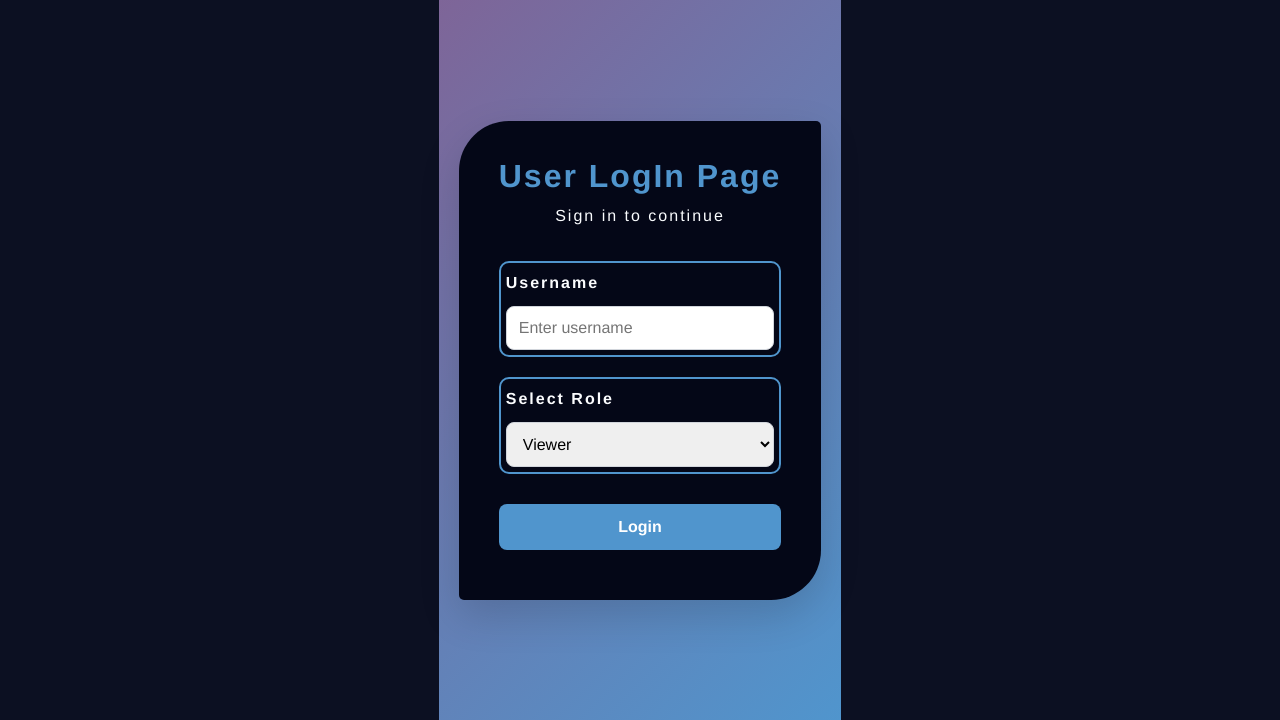
Repository: SolomonChinonso/myUserDashboard
Page: / (app in my-user-dashboard-app/)
The author's editor kept a copy of each file at every save. The page is drawn from the files as they stood at one save, then again after the next save.
The browser window is 1280 px wide. The pictures show the whole page.
The project was rebuilt for these pictures with package versions that can differ from the ones it lists, and the page was loaded fresh each time. Also part of the build but not shown: my-user-dashboard-app/vite.config.ts, my-user-dashboard-app/src/App.css, my-user-dashboard-app/src/pages/Dashboard.tsx, my-user-dashboard-app/src/pages/Profile.tsx, my-user-dashboard-app/src/pages/Settings.tsx, my-user-dashboard-app/src/components/Navbar.tsx, my-user-dashboard-app/src/components/ProtectedRoute.tsx.

Above is the page before, as saved 2026-05-30 15:43:17.

### my-user-dashboard-app/index.html
<!doctype html>
<html lang="en">
  <head>
    <meta charset="UTF-8" />
    <link rel="icon" type="image/svg+xml" href="/favicon.svg" />
    <meta name="viewport" content="width=device-width, initial-scale=1.0" />
    <title>my-user-dashboard-app</title>
  </head>
  <body>
    <div id="root"></div>
    <script type="module" src="/src/main.tsx"></script>
  </body>
</html>

### my-user-dashboard-app/src/main.tsx
import React from "react";
import ReactDOM from "react-dom/client";
import App from "./App";
import { BrowserRouter } from "react-router-dom";
import { AuthProvider } from "./context/AuthProvider"
import "./index.css"


ReactDOM.createRoot(document.getElementById("root")!).render(
  <React.StrictMode>
    <BrowserRouter>
      <AuthProvider>
        <App />
      </AuthProvider>
    </BrowserRouter>
  </React.StrictMode>
);

### my-user-dashboard-app/src/App.tsx
import {
  Routes,
  Route,
  Navigate,
} from "react-router-dom";
import "./App.css"

import Login from "./pages/Login";
import Dashboard from "./pages/Dashboard";
import Profile from "./pages/Profile";
import Settings from "./pages/Settings";

import Navbar from "./components/Navbar";
import ProtectedRoute from "./components/ProtectedRoute";

import { useAuth } from "./hooks/useAuth";

function App() {
  const { user } = useAuth();

  return (
    <div className="app-section">
      {user && <Navbar />}

      <Routes>
        {/* Redirect homepage to login */}
        <Route
          path="/"
          element={<Navigate to="/login" replace />}
        />

        <Route
          path="/login"
          element={<Login />}
        />

        <Route
          path="/dashboard"
          element={
            <ProtectedRoute>
              <Dashboard />
            </ProtectedRoute>
          }
        />

        <Route
          path="/profile"
          element={
            <ProtectedRoute>
              <Profile />
            </ProtectedRoute>
          }
        />

        <Route
          path="/settings"
          element={
            <ProtectedRoute adminOnly>
              <Settings />
            </ProtectedRoute>
          }
        />

        {/* Catch-all route */}
        <Route
          path="*"
          element={<Navigate to="/login" replace />}
        />
      </Routes>
    </div>
  );
}

export default App;

### my-user-dashboard-app/src/context/AuthProvider.tsx
import {
  useState,
  type ReactNode,
} from "react";

import type { User } from "../types/user";

import { AuthContext } from "./AuthContext";

interface AuthProviderProps {
  children: ReactNode;
}

export const AuthProvider = ({
  children,
}: AuthProviderProps) => {
  const [user, setUser] =
    useState<User | null>(null);

  const login = (userData: User) => {
    setUser(userData);
  };

  const logout = () => {
    setUser(null);
  };

  return (
    <AuthContext.Provider
      value={{
        user,
        login,
        logout,
      }}
    >
      {children}
    </AuthContext.Provider>
  );
};

### my-user-dashboard-app/src/index.css
*{
    margin: 0;
    padding: 0;
    font-family: 'Franklin Gothic Medium', 'Arial Narrow', Arial, sans-serif;
    box-sizing: border-box;
}
body{
    display: flex;
    justify-content: center;
    align-items: center;
    letter-spacing: 2px;
    background-color: #0c1022;
    color: white;

}

### my-user-dashboard-app/src/pages/Login.tsx
// import { useState } from "react";
// import { useNavigate } from "react-router-dom";
// import { useAuth } from "../hooks/useAuth";
// import "./Login.css"

// const Login = () => {
//   const [username, setUsername] = useState("");
//   const [role, setRole] = useState("Viewer");

//   const { login } = useAuth();
//   const navigate = useNavigate();

//   const handleLogin = () => {
//     login({
//       username,
//       role: role as "Admin" | "Editor" | "Viewer",
//     });

//     navigate("/dashboard");
//   };

//   return (
//     <div className="login-page">
//       <h1>Login</h1>

//       <input
//         type="text"
//         placeholder="Username"
//         value={username}
//         onChange={(e) => setUsername(e.target.value)}
//       />

//       <select
//         value={role}
//         onChange={(e) => setRole(e.target.value)}
//       >
//         <option>Admin</option>
//         <option>Editor</option>
//         <option>Viewer</option>
//       </select>

//       <button onClick={handleLogin}>
//         Login
//       </button>
//     </div>
//   );
// };

// export default Login;
import { useState } from "react";
import { useNavigate } from "react-router-dom";
import { useAuth } from "../hooks/useAuth";
import "./Login.css";

const Login = () => {
  const [username, setUsername] = useState("");
  const [role, setRole] = useState("Viewer");

  const { login } = useAuth();
  const navigate = useNavigate();

  const handleLogin = () => {
    login({
      username,
      role: role as "Admin" | "Editor" | "Viewer",
    });

    navigate("/dashboard");
  };

  return (
    <div className="login-page">
      <div className="login-card">
        <h1>User LogIn Page</h1>
        <p className="subtitle">
          Sign in to continue
        </p>

        <div className="form-group">
          <label>Username</label>
          <input
            type="text"
            placeholder="Enter username"
            value={username}
            onChange={(e) =>
              setUsername(e.target.value)
            }
          />
        </div>

        <div className="form-group">
          <label>Select Role</label>
          <select
            value={role}
            onChange={(e) =>
              setRole(e.target.value)
            }
          >
            <option>Admin</option>
            <option>Editor</option>
            <option>Viewer</option>
          </select>
        </div>

        <button
          className="login-btn"
          onClick={handleLogin}
        >
          Login
        </button>
      </div>
    </div>
  );
};

export default Login;

### my-user-dashboard-app/src/hooks/useAuth.ts
import { useContext } from "react";

import { AuthContext } from "../context/AuthContext";

export const useAuth = () => {
  const context = useContext(AuthContext);

  if (!context) {
    throw new Error(
      "useAuth must be used inside AuthProvider"
    );
  }

  return context;
};

### my-user-dashboard-app/src/context/AuthContext.ts
import { createContext } from "react";

import type { User } from "../types/user";

export interface AuthContextType {
  user: User | null;
  login: (user: User) => void;
  logout: () => void;
}
export const AuthContext =
  createContext<AuthContextType | null>(null);

### my-user-dashboard-app/src/pages/Login.css
/* Full page layout */
.login-page {
  min-height: 100vh;
  display: flex;
  justify-content: center;
  align-items: center;

  background: linear-gradient(
    135deg,
    #7e6598,
    #5095cd
  );

  padding: 20px;
}

/* Login card */
.login-card {
  width: 100%;
  max-width: 400px;
  height: 70%;
  background: #040717;
  padding: 40px;
  border-radius: 50px 5px;
  display: flex;
  flex-direction: column;
  justify-content: center;
  align-items: center;
  box-shadow: 0 15px 40px
    rgba(0, 0, 0, 0.15);
  line-height: 30px;
  text-align: center;
}


/* Heading */
.login-card h1 {
  margin-bottom: 10px;
  color: #5095cd;
}

.subtitle {
  color: #fafcfe;
  margin-bottom: 30px;
}

/* Form group */
.form-group {
    border: 2px solid #5095cd;
    width: 100%;
    border-radius: 10px;
    padding: 5px;
  display: flex;
  flex-direction: column;
  text-align: left;
  margin-bottom: 20px;
}

.form-group label {
  margin-bottom: 8px;
  font-weight: 600;
  color: #fbfcfe;
}

/* Inputs */
.form-group input,
.form-group select {
  padding: 12px;
  border: 1px solid #d1d5db;
  border-radius: 8px;

  font-size: 16px;
  outline: none;

  transition: 0.3s ease;
}

.form-group input:focus,
.form-group select:focus {
  border-color: #4f46e5;
  box-shadow: 0 0 0 3px
    rgba(79, 70, 229, 0.15);
}

/* Button */
.login-btn {
  width: 100%;
  padding: 14px;

  border: none;
  border-radius: 8px;

  background: #5095cd;
  color: white;

  font-size: 16px;
  font-weight: bold;

  cursor: pointer;
  transition: 0.3s ease;
}

.login-btn:hover {
  background: #4338ca;
  transform: translateY(-2px);
}

### my-user-dashboard-app/src/components/Navbar.css
nav{
    background-color: rgb(154, 195, 231);
    display: flex;
    justify-content: space-between;
    align-items: center;
    margin: 20px;
    padding: 30px;
    max-width: 100vw;
    border-radius: 50px;

}
.links{
    display: flex;
    gap: 20px;

}
a{
    font-family: Arial, Helvetica, sans-serif;
    text-decoration: none;
    color: rgb(4, 4, 21);

}
button{
    font-size: 1rem;
    color: #4d4894;
    padding: 5px 20px;
    margin: 10px;
    border: 2px solid #0ff;
    border-radius: 50px;
    background: transparent;
    cursor: pointer;
    transition: 0.3s ease-in-out;
}
span{
    order: -1;
    background: white;
    color: rgb(22, 24, 86);
}

After the next save:
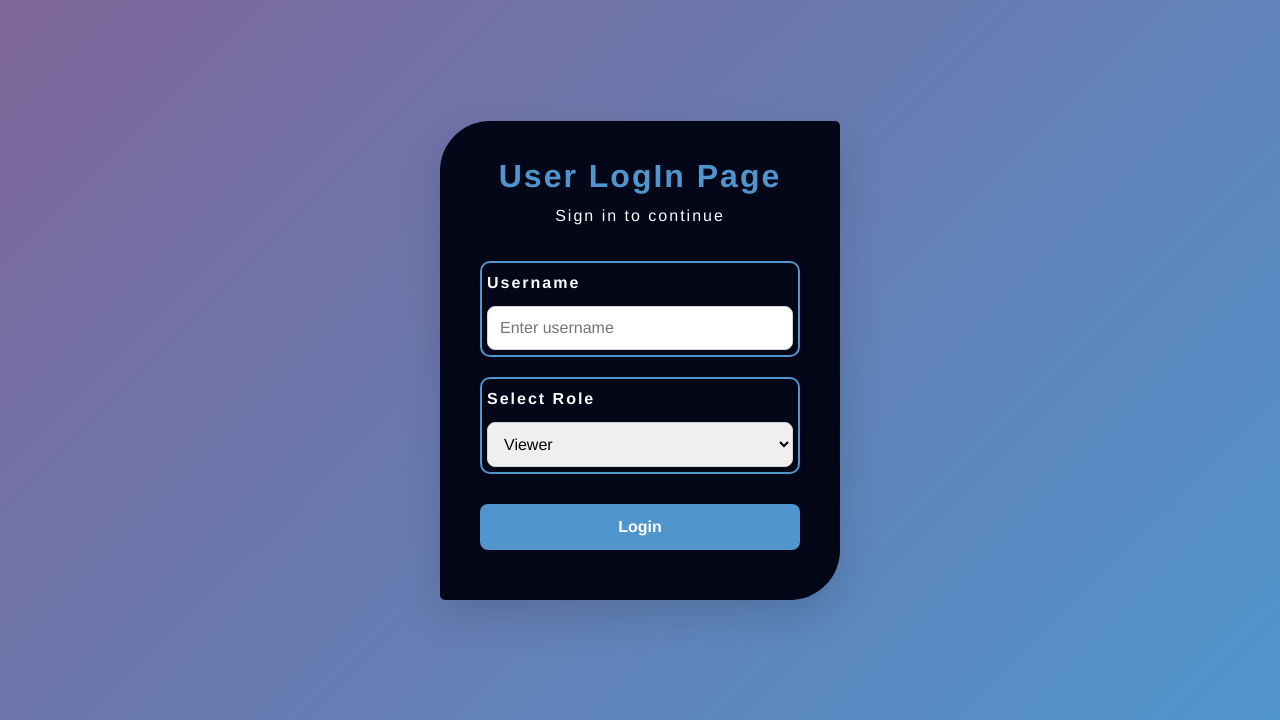
Saved 5 s later.
--- a/my-user-dashboard-app/src/index.css
+++ b/my-user-dashboard-app/src/index.css
@@ -5,9 +5,7 @@
     box-sizing: border-box;
 }
 body{
-    display: flex;
-    justify-content: center;
-    align-items: center;
+
     letter-spacing: 2px;
     background-color: #0c1022;
     color: white;
